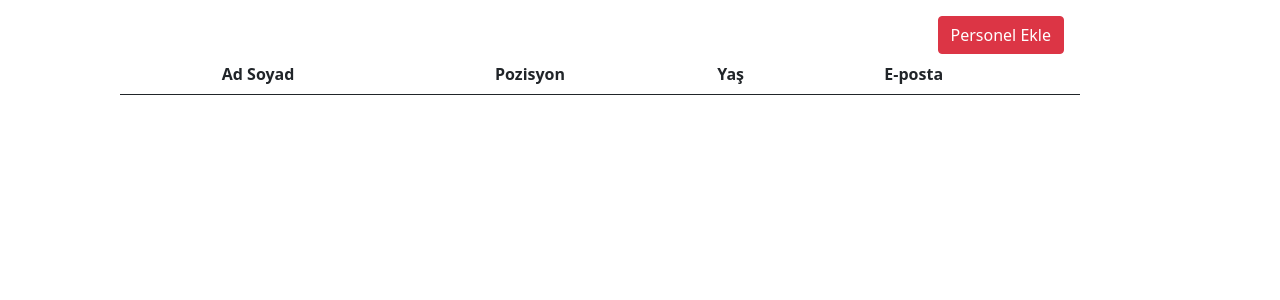
Repository: okankrdg/ReactCoreCRUD
Page: /employee/index (app in ReactCoreCRUD.Web/client/)
The author's editor kept a copy of each file at every save. The page is drawn from the files as they stood at one save, then again after the next save.
The browser window is 1280 px wide. The pictures show the whole page.
The page's requests for data from a server got no answer. The project was rebuilt for these pictures with package versions that can differ from the ones it lists, and the page was loaded fresh each time. No one was signed in, and anything a server would have sent is missing. Also part of the build but not shown: ReactCoreCRUD.Web/client/src/pages/Employee/createOrEdit.tsx, ReactCoreCRUD.Web/client/src/pages/Exception/index.tsx.

Above is the page before, as saved 2021-10-08 19:57:12.

After the next save:
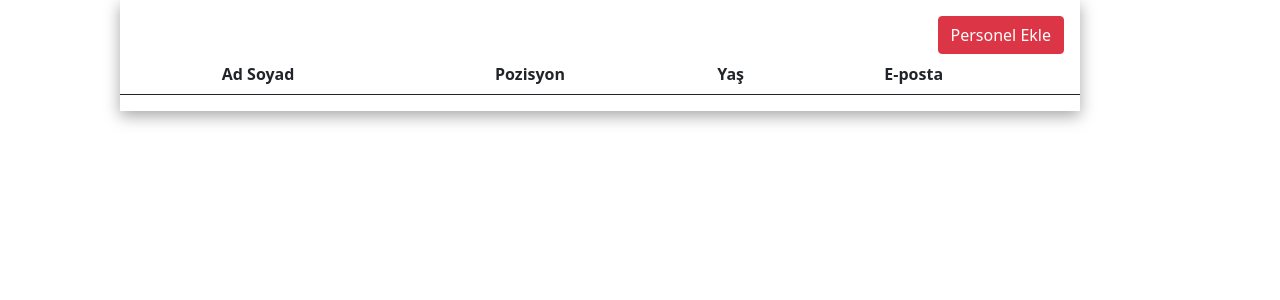
Saved 35 s later.
--- a/ReactCoreCRUD.Web/client/src/index.css
+++ b/ReactCoreCRUD.Web/client/src/index.css
@@ -27,4 +27,5 @@ code {
 }
 .employee-index{
   width: 80%;
+  box-shadow: rgb(0 0 0 / 35%) 0px 5px 15px;
 }
